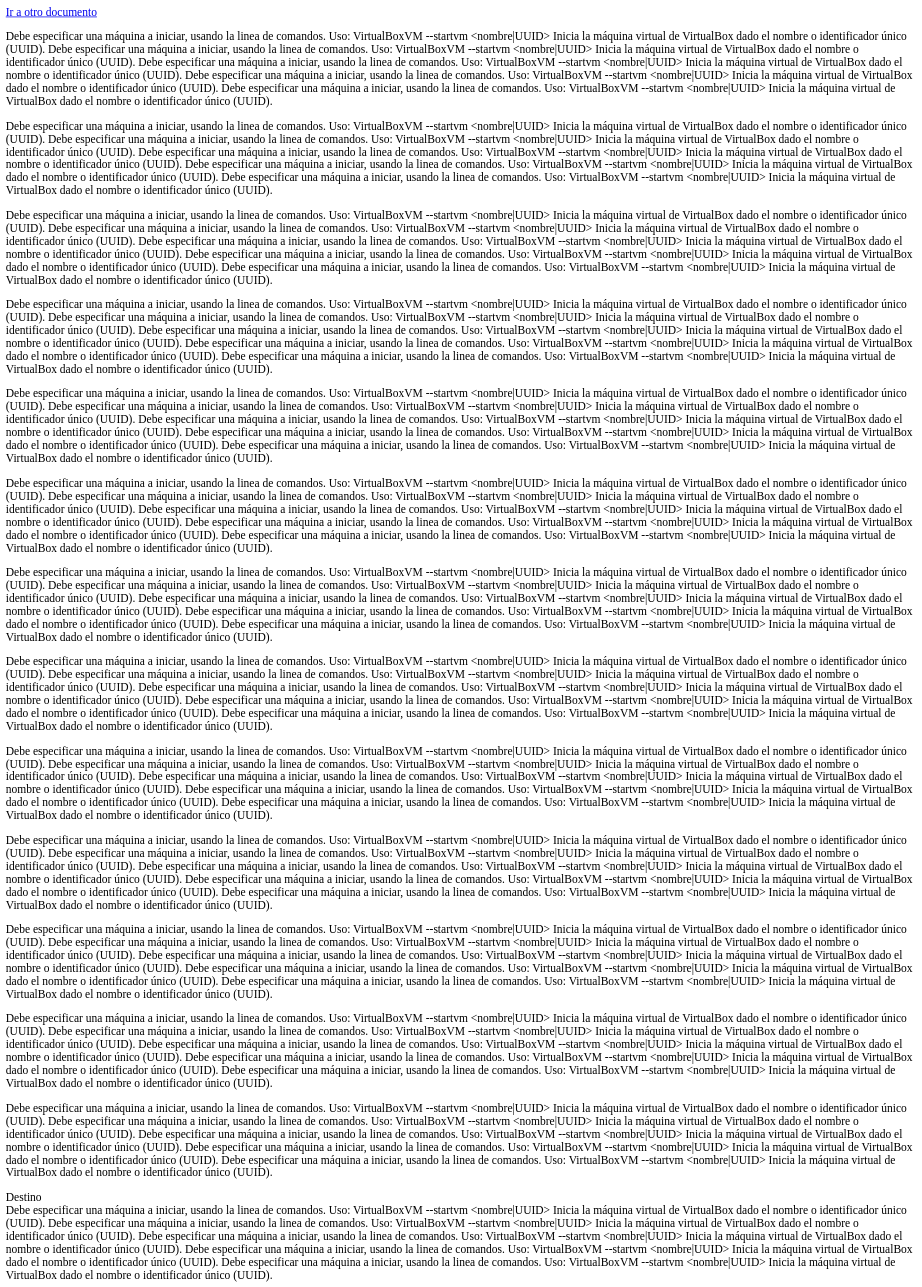
Repository: Carlos-Mar14/JAVA-JEE
Page: holamundo/src/main/webapp/enlaces.html
An editor plug-in stored every save of this project. The page is shown before and after the next save, followed by the edit.
The browser window is 1280 px wide. The pictures show the whole page, at 72% of full size.

Above is the page before, as saved 2024-06-07 14:05:10.

After the next save:
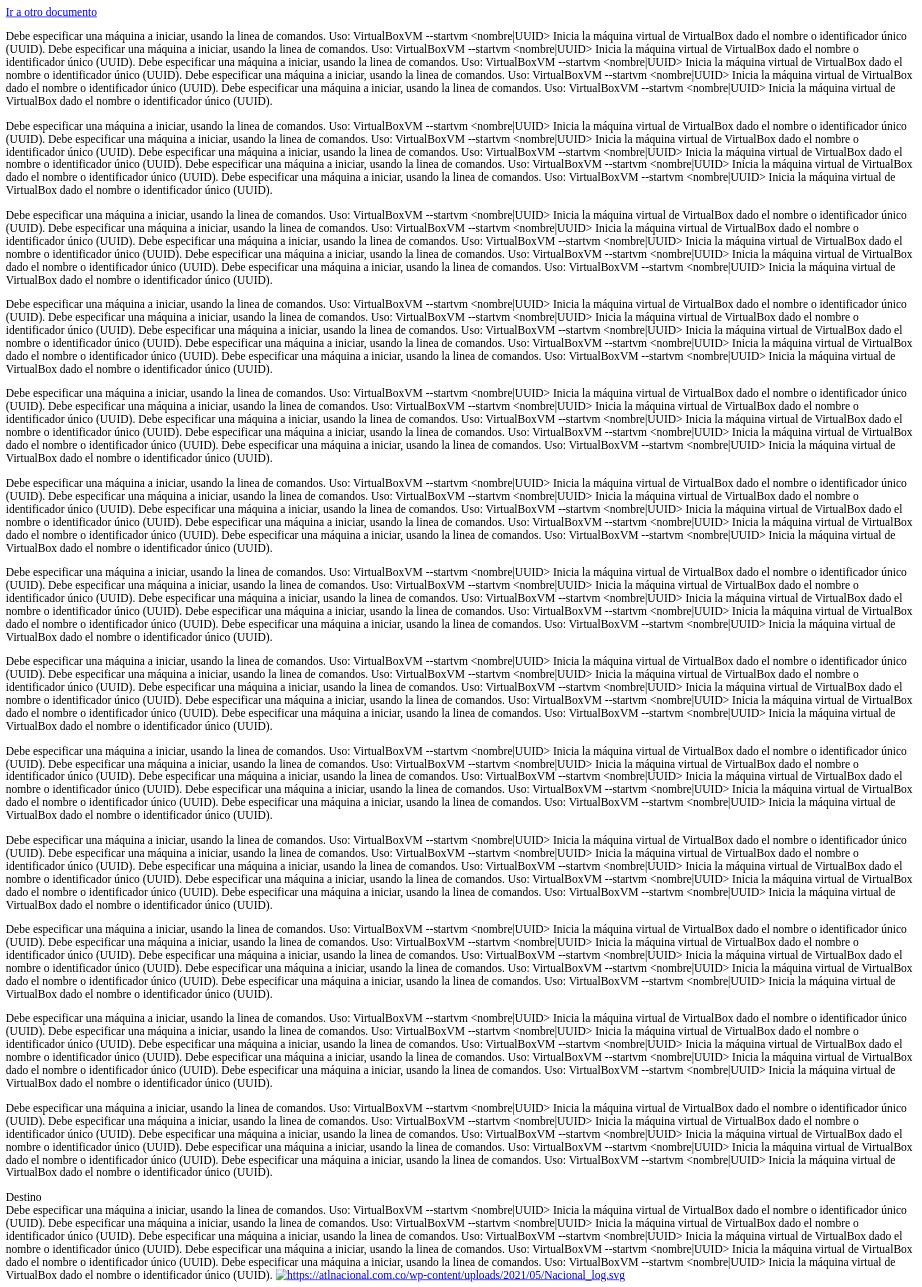
Saved 3 min 24 s later.
--- a/holamundo/src/main/webapp/enlaces.html
+++ b/holamundo/src/main/webapp/enlaces.html
@@ -238,5 +238,9 @@
 Debe especificar una máquina a iniciar, usando la linea de comandos.
 Uso: VirtualBoxVM --startvm &lt;nombre|UUID&gt;
 Inicia la máquina virtual de VirtualBox dado el nombre o identificador único (UUID).
+
+<a href="https://atlnacional.com.co/">
+<img alt="https://atlnacional.com.co/wp-content/uploads/2021/05/Nacional_log.svg" src="">
+</a>
 </body>
 </html>
